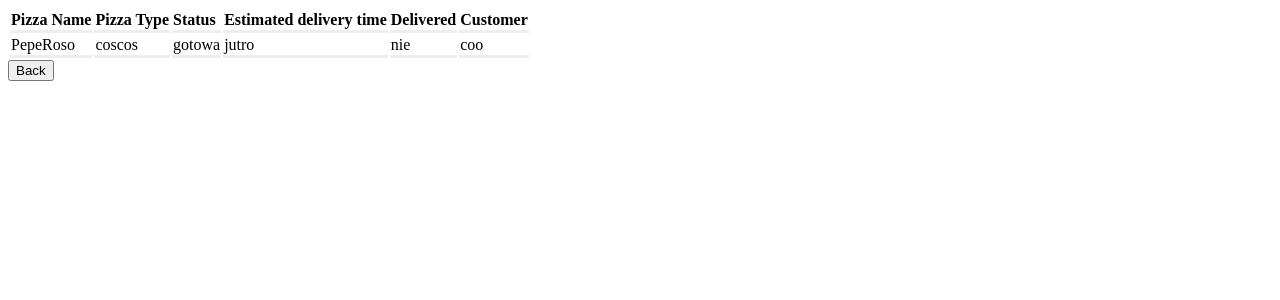
Repository: wisni4k/html-trainee
Page: testWeb/WebContent/OrdersList.html
These files come from the project's save history. The page is drawn as it stood at one moment and after the next save; the edit follows.
The browser window is 1280 px wide. The pictures show the whole page.

Above is the page before, as saved 2015-07-10 13:16:53.

### testWeb/WebContent/OrdersList.html
<!DOCTYPE html>
<html>
<head>
<meta charset="UTF-8">
<title>Insert title here</title>
<link rel="stylesheet" type="text/css" href="TableStyle.css">
</head>
<body>

	<table>
		<tr>
			<td><b>Pizza Name</b></td>
			<td><b>Pizza Type</b></td>
			<td><b>Status </b></td>
			<td><b>Estimated delivery time</b></td>
			<td><b>Delivered</b></td>
			<td><b>Customer</b></td>

		</tr>
		<tr>
			<td>PepeRoso</td>
			<td>coscos</td>
			<td>gotowa</td>
			<td>jutro</td>
			<td>nie</td>
			<td>coo</td>
		</tr>
	</table>
	<form action="Formularz.html">
		<input type="submit" value="Back">
	</form>

</body>
</html>

### testWeb/WebContent/TableStyle.css
@CHARSET "UTF-8";

table td{
	border-collapse: collapse;
	border-bottom-style: inset;
	margin-left: auto;
	margin-right: auto;
}

After the next save:
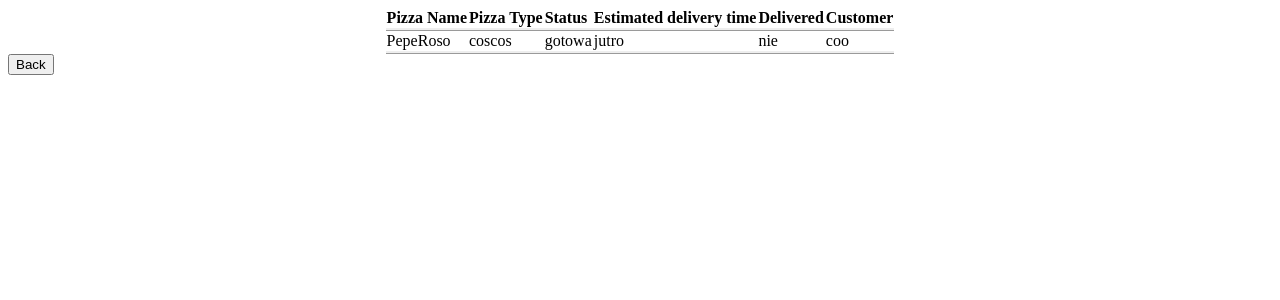
Saved 7 s later.
--- a/testWeb/WebContent/TableStyle.css
+++ b/testWeb/WebContent/TableStyle.css
@@ -1,6 +1,6 @@
 @CHARSET "UTF-8";
 
-table td{
+table ,td{
 	border-collapse: collapse;
 	border-bottom-style: inset;
 	margin-left: auto;
